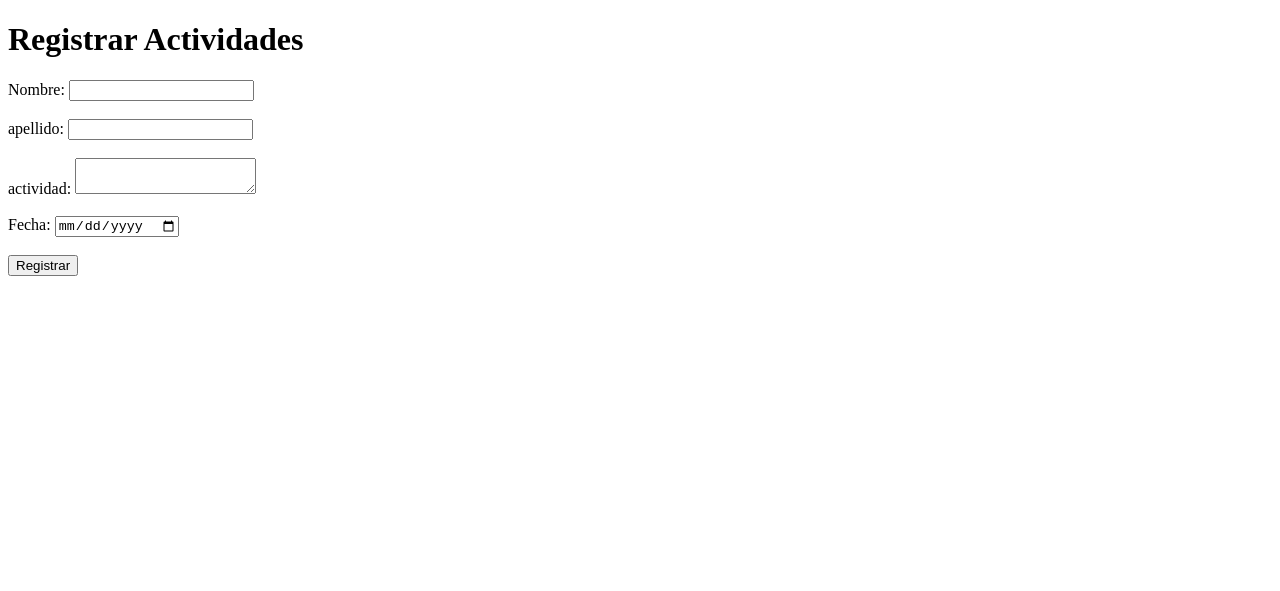
Repository: criano0524/Curso_AWS
Page: templates/index.html
These files come from the project's save history. The page is drawn as it stood at one moment and after the next save; the edit follows.
The browser window is 1280 px wide. The pictures show the whole page.

Above is the page before, as saved 2024-09-16 05:02:19.

After the next save:
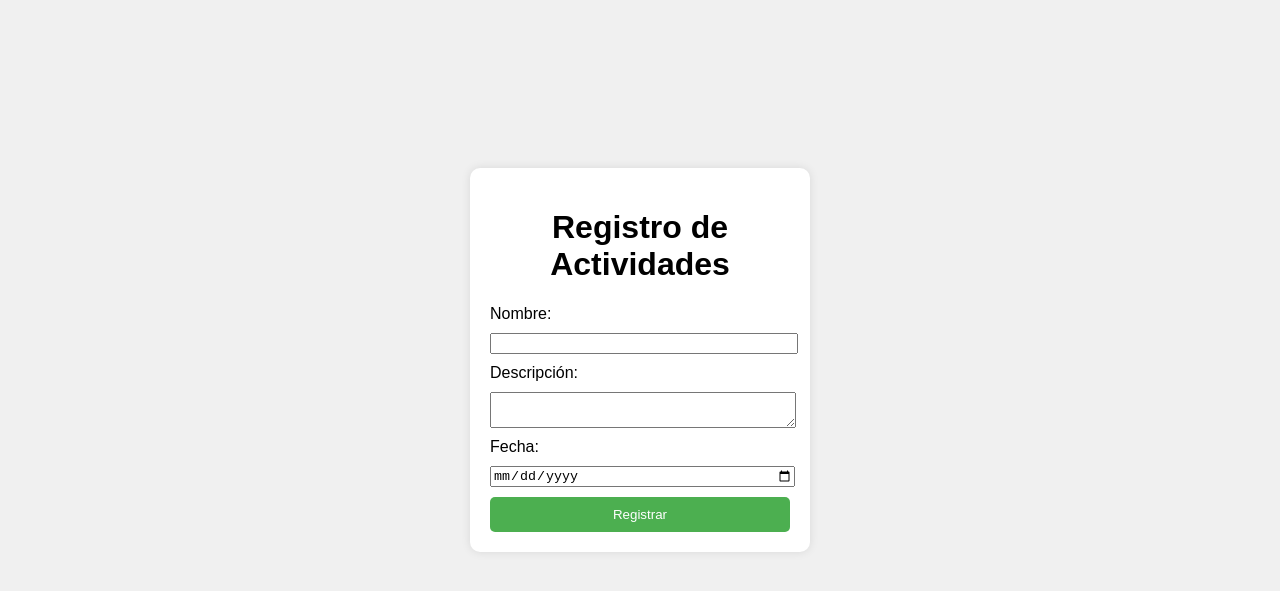
Saved 4 min 25 s later.
--- a/templates/index.html
+++ b/templates/index.html
@@ -3,20 +3,61 @@
 <head>
     <meta charset="UTF-8">
     <meta name="viewport" content="width=device-width, initial-scale=1.0">
-    <title>By Cristian R</title>
+    <title>Registro de Actividades</title>
+    <style>
+        body {
+            background-color: #f0f0f0; /* Fondo gris claro */
+            font-family: Arial, sans-serif;
+            display: flex;
+            justify-content: center;
+            align-items: center;
+            height: 100vh;
+            margin: 0;
+        }
+        .container {
+            background-color: white;
+            padding: 20px;
+            border-radius: 10px;
+            box-shadow: 0 0 10px rgba(0, 0, 0, 0.1);
+            width: 300px;
+        }
+        h1 {
+            text-align: center;
+        }
+        label, input, textarea {
+            display: block;
+            width: 100%;
+            margin-bottom: 10px;
+        }
+        button {
+            width: 100%;
+            padding: 10px;
+            background-color: #4CAF50;
+            color: white;
+            border: none;
+            border-radius: 5px;
+            cursor: pointer;
+        }
+        button:hover {
+            background-color: #45a049;
+        }
+    </style>
 </head>
 <body>
-    <h1>Registrar Actividades</h1>
-    <form action="/register" method="POST">
-        <label for="nombre">Nombre:</label>
-        <input type="text" id="nombre" name="nombre"><br><br>
-        <label for="apellido">apellido:</label>
-        <input type="text" id="apellido" name="apellido"><br><br>
-        <label for="actividad">actividad:</label>
-        <textarea id="descripcion" name="actividad"></textarea><br><br>
-        <label for="fecha">Fecha:</label>
-        <input type="date" id="fecha" name="fecha"><br><br>
-        <button type="submit">Registrar</button>
-    </form>
+    <div class="container">
+        <h1>Registro de Actividades</h1>
+        <form action="/register" method="POST">
+            <label for="nombre">Nombre:</label>
+            <input type="text" id="nombre" name="nombre" required>
+
+            <label for="descripcion">Descripción:</label>
+            <textarea id="descripcion" name="descripcion" required></textarea>
+
+            <label for="fecha">Fecha:</label>
+            <input type="date" id="fecha" name="fecha" required>
+
+            <button type="submit">Registrar</button>
+        </form>
+    </div>
 </body>
 </html>
